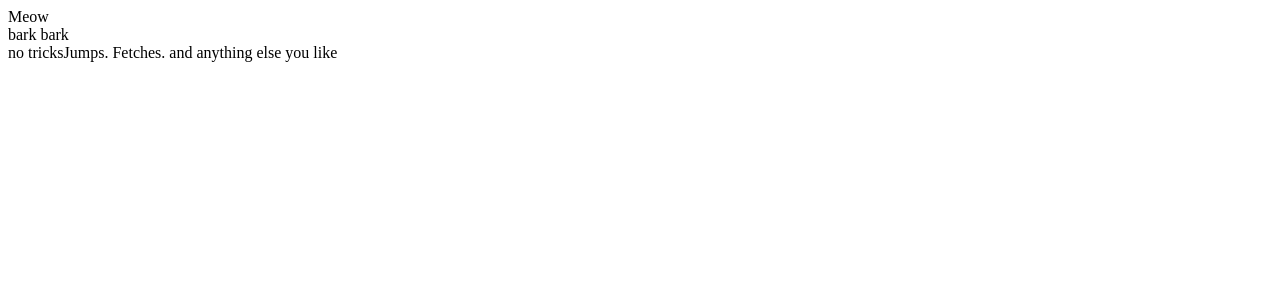
Repository: kargoh/CST236-Topic1
Page: http://localhost/Animals-Demo.php
These files come from the project's save history. The page is drawn as it stood at one moment and after the next save; the edit follows.
The browser window is 1280 px wide. The pictures show the whole page.
The page is run by PHP 8.4 with error messages shown; the project is at /var/www/html/.

Above is the page before, as saved 2020-09-21 23:48:01.

After the next save:
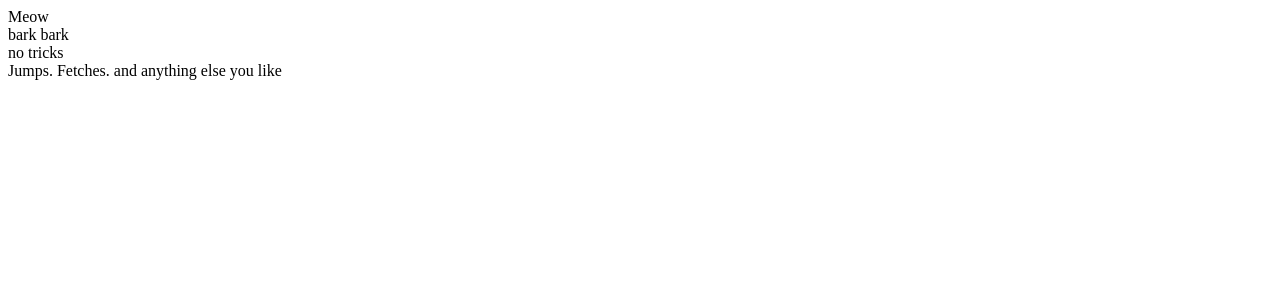
Saved 29 s later.
--- a/Topic1-Abstract/Cat.php
+++ b/Topic1-Abstract/Cat.php
@@ -9,7 +9,7 @@
     }
     public function doTrick()
     {
-        echo "no tricks";
+        echo "no tricks<br>";
     }
 
 
